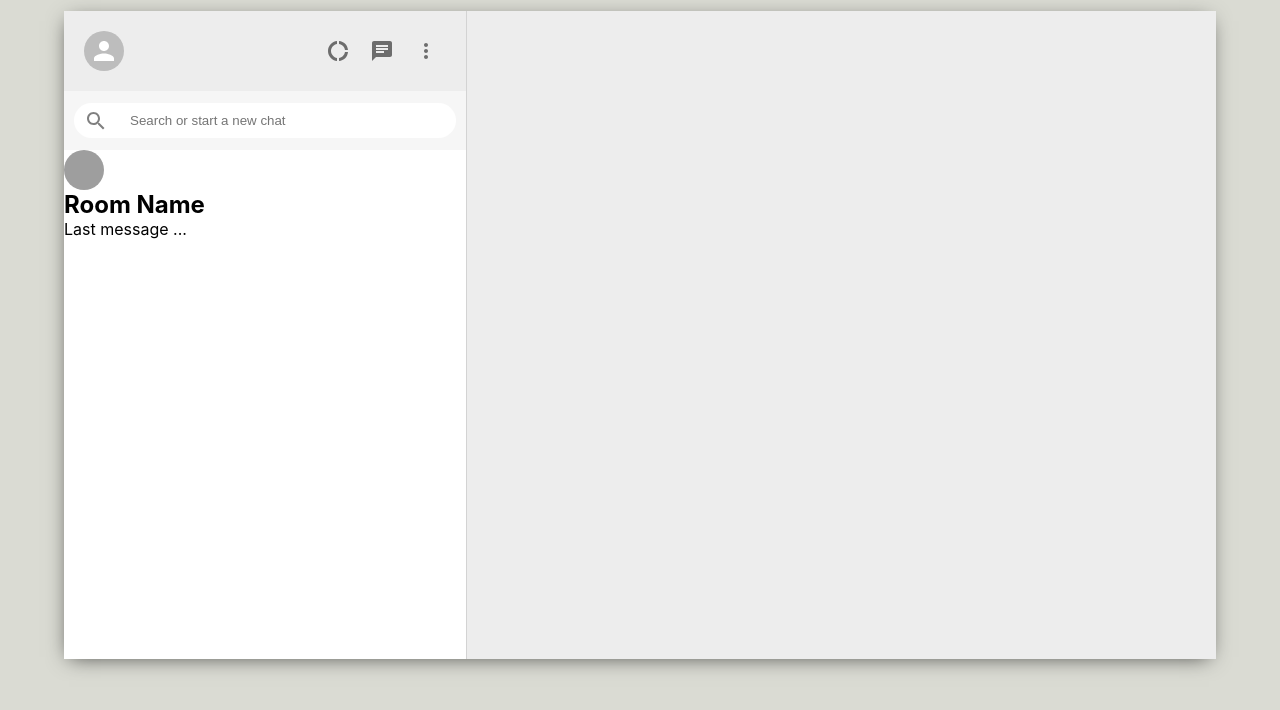
Repository: Aaronlb912/Whatsapp-clone
Page: /
The author's editor kept a copy of each file at every save. The page is drawn from the files as they stood at one save, then again after a run of saves.
The browser window is 1280 px wide. The pictures show the whole page.
Pictures or frames that could not be fetched are drawn as grey boxes. The project was rebuilt for these pictures with package versions that can differ from the ones it lists, and the page was loaded fresh each time. Also part of the build but not shown: src/SidebarChat.css.

Above is the page before, as saved 2022-03-15 14:12:48.

### src/App.jsx
import "./App.css";
import Sidebar from "./Sidebar";

function App() {
  return (
    <div className="app">
      <div className="app__body">
        {/* Sidebar*/}
        <Sidebar />
        {/* Chat */}
      </div>
    </div>
  );
}

export default App;

### src/App.css
.app {
  display: grid;
  place-items: center;
  background-color: #dadbd3;
  height: 100vh;
}

.app__body {
  display: flex;
  background-color: #ededed;
  margin-top: -50px;
  height: 90vh;
  width: 90vw;
  box-shadow: -1px 4px 20px -6px rgba(0, 0, 0, 0.7);
}

### src/Sidebar.jsx
import React from "react";
import "./sidebar.css";
import { Avatar, IconButton } from "@mui/material";

import {
  Chat,
  DonutLarge,
  MoreVert,
  SearchOutlined,
} from "@mui/icons-material";
import SidebarChat from "./SidebarChat";

function Sidebar() {
  return (
    <div className="sidebar">
      <div className="sidebar__header">
        <Avatar />
        <div className="sidebar__headerRight">
          <IconButton>
            <DonutLarge />
          </IconButton>
          <IconButton>
            <Chat />
          </IconButton>
          <IconButton>
            <MoreVert />
          </IconButton>
        </div>
      </div>
      <div className="sidebar__search">
        <div className="sidebar__searchContainer">
          <SearchOutlined />
          <input placeholder="Search or start a new chat" type="text" />
        </div>
      </div>
      <div className="sidebar__chats">
        <SidebarChat />
      </div>
    </div>
  );
}

export default Sidebar;

### src/sidebar.css
.sidebar {
  display: flex;
  flex-direction: column;
  flex: 0.35;
}

.sidebar__search {
  display: flex;
  align-items: center;
  background-color: #f6f6f6;
  height: 39px;
  padding: 10px;
  border-right: 1px solid lightgray;
}

.sidebar__searchContainer {
  display: flex;
  align-items: center;
  background-color: white;
  width: 100%;
  height: 35px;
  border-radius: 20px;
}
.sidebar__searchContainer > input {
  border: none;
  margin-left: 10px;
}
.sidebar__searchContainer > .MuiSvgIcon-root {
  color: gray;
  padding: 10px;
}
.sidebar__header {
  display: flex;
  justify-content: space-between;
  padding: 20px;
  border-right: 1px solid lightgray;
}
.sidebar__headerRight {
  display: flex;
  align-items: center;
  justify-content: space-between;
  min-width: 10vw;
}

.sidebar__headerRight > .MuiSvgIcon-root {
  margin-right: 2vw;
  font-size: 24px !important;
}

.sidebar__chats {
  background-color: white;
  flex: 1;
  border-right: 1px solid lightgray;
  overflow-x: hidden;
  overflow-y: scroll;
}

.sidebar__chats::-webkit-scrollbar {
  display: none;
}

.sidebar__chats {
  -ms-overflow-style: none; /* IE and Edge */
  scrollbar-width: none; /* Firefox */
}

### src/SidebarChat.jsx
import { Avatar } from "@mui/material";
import React from "react";
import "./SidebarChat.css";

function SidebarChat() {
  return (
    <div className="sidebarChat">
      <Avatar src="https://avatars.dicebear.com/api/bottts/:seed.svg" />
      <div className="sidebarChat__info">
        <h2>Room Name</h2>
        <p>Last message ...</p>
      </div>
    </div>
  );
}

export default SidebarChat;

Loaded but not shown: public/index.html (common file); src/index.js (common file); src/index.css (common file); src/reportWebVitals.js (common file)

After the next 3 saves:
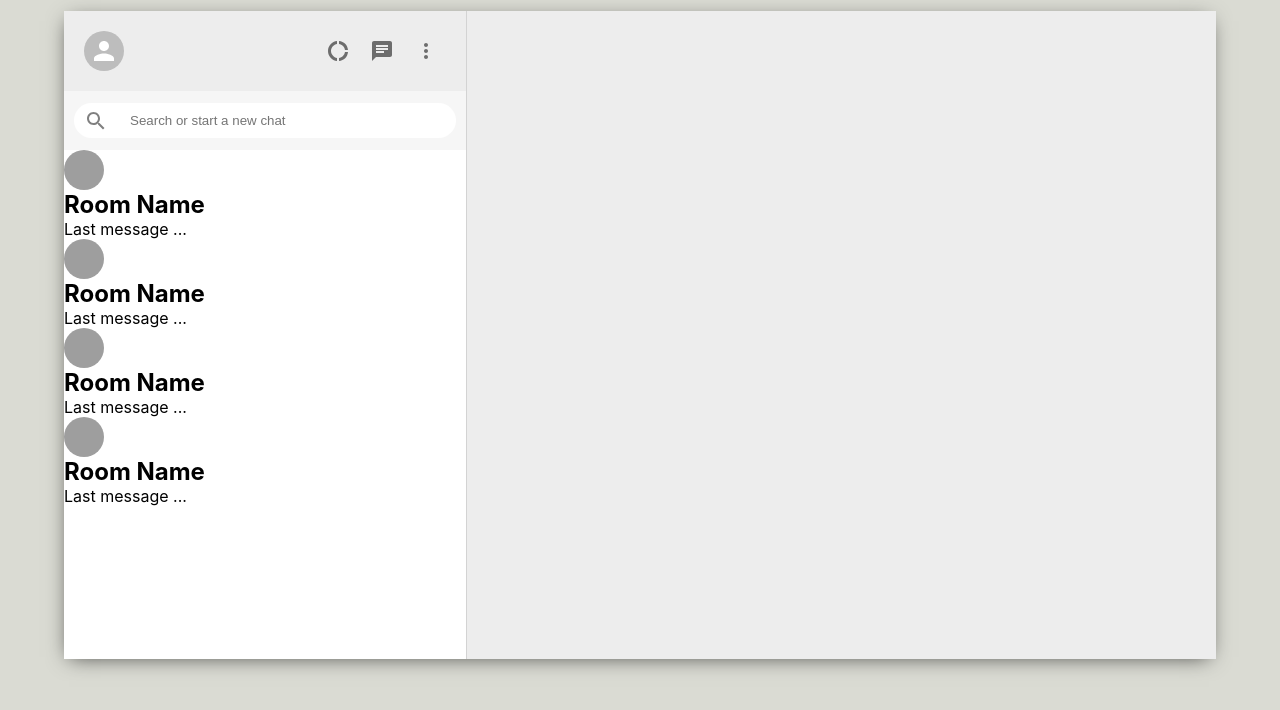
The 3 saves are shown as one change because they came seconds apart.
The last was saved 21 s later.
--- a/src/Sidebar.jsx
+++ b/src/Sidebar.jsx
@@ -35,6 +35,9 @@ function Sidebar() {
       </div>
       <div className="sidebar__chats">
         <SidebarChat />
+        <SidebarChat />
+        <SidebarChat />
+        <SidebarChat />
       </div>
     </div>
   );
